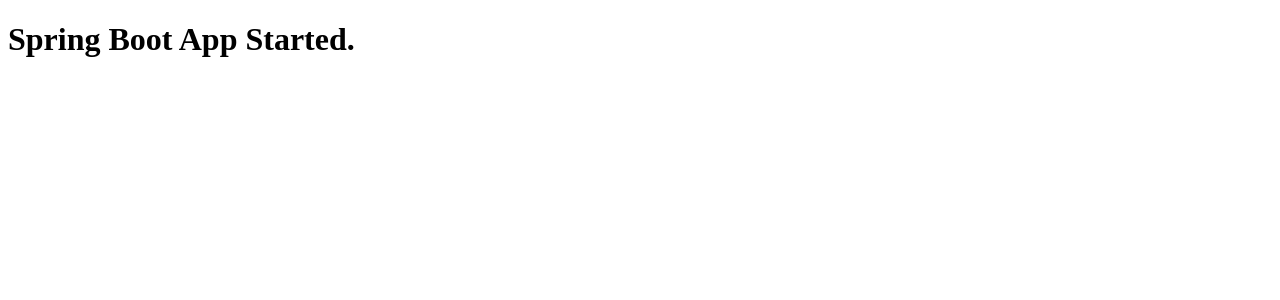
Repository: Sourabh-Gautam/epam-hometask
Page: Spring/Spring Boot Web/onlinequizmanagement/src/main/resources/static/index.html
The author's editor kept a copy of each file at every save. The page is drawn from the files as they stood at one save, then again after the next save.
The browser window is 1280 px wide. The pictures show the whole page.

Above is the page before, as saved 2022-11-08 21:45:08.

### Spring/Spring Boot Web/onlinequizmanagement/src/main/resources/static/index.html
<!DOCTYPE html>
<html>
<head>
<meta charset="ISO-8859-1">
<title>Insert title here</title>
</head>
<body>
<h1>Spring Boot App Started.</h1>
</body>
</html>

After the next save:
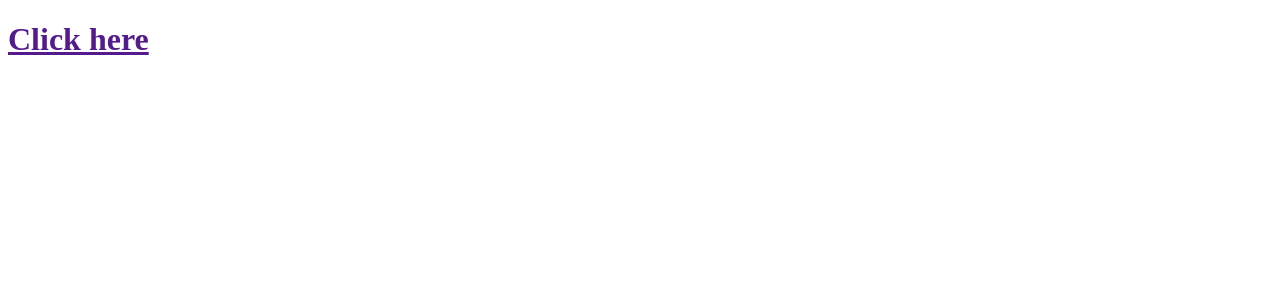
Saved 3 min 32 s later.
--- a/Spring/Spring Boot Web/onlinequizmanagement/src/main/resources/static/index.html
+++ b/Spring/Spring Boot Web/onlinequizmanagement/src/main/resources/static/index.html
@@ -5,6 +5,6 @@
 <title>Insert title here</title>
 </head>
 <body>
-<h1>Spring Boot App Started.</h1>
+<h1><a href="">Click here</a></h1>
 </body>
 </html>
